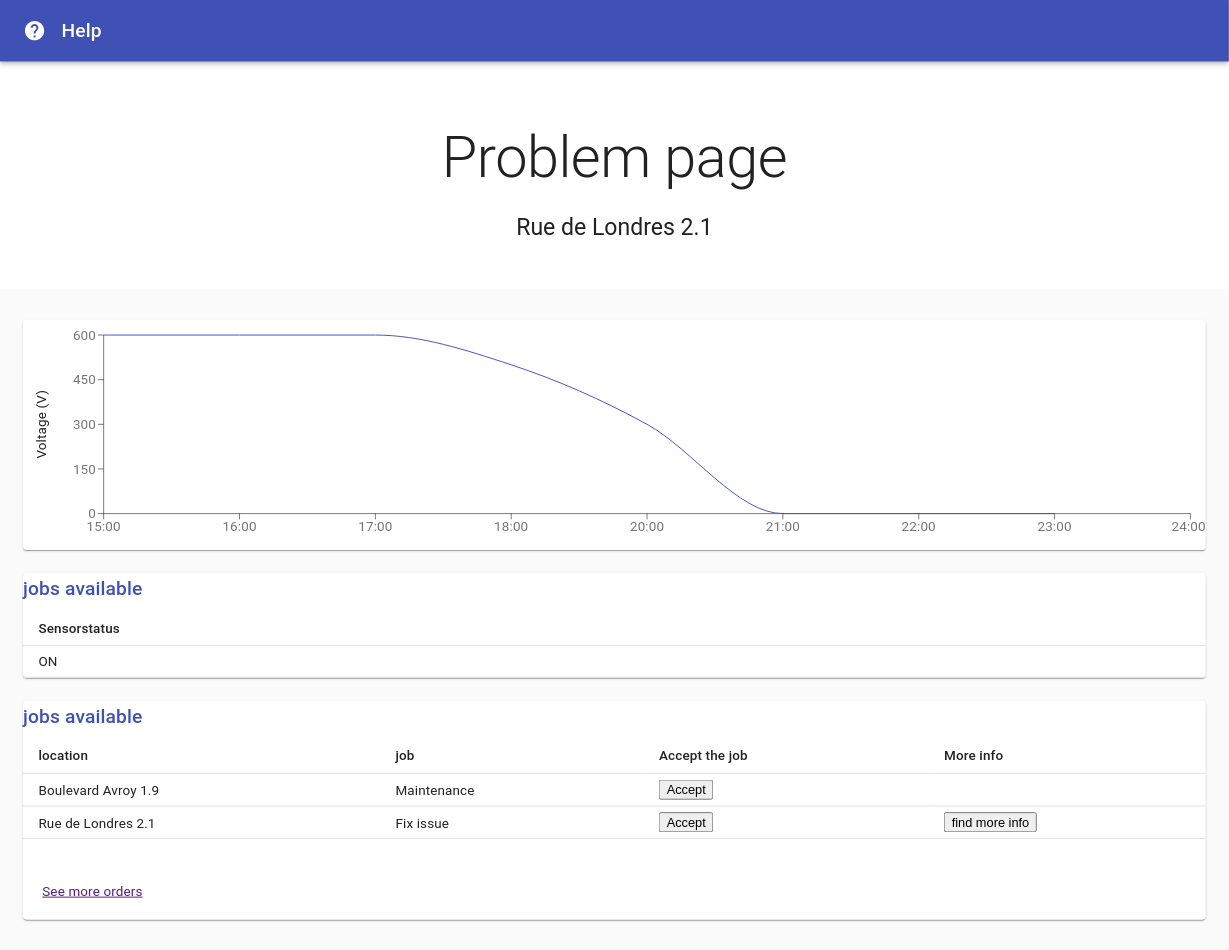
Repository: sapbrussels/intelligenthighway_webapp
Page: /Problempage (app in router/)
An editor plug-in stored every save of this project. The page is shown before and after the next save, followed by the edit.
The browser window is 1280 px wide. The pictures show the whole page, at 96% of full size.
The project was rebuilt for these pictures with package versions that can differ from the ones it lists, and the page was loaded fresh each time. Also part of the build but not shown: router/src/App.css, router/src/Login.js, router/src/Maps.js, router/src/Jobspage.js, router/src/Direction.js, router/src/Maintenance.js, router/src/Help.js.

Above is the page before, as saved 2020-03-31 15:23:41.

After the next save:
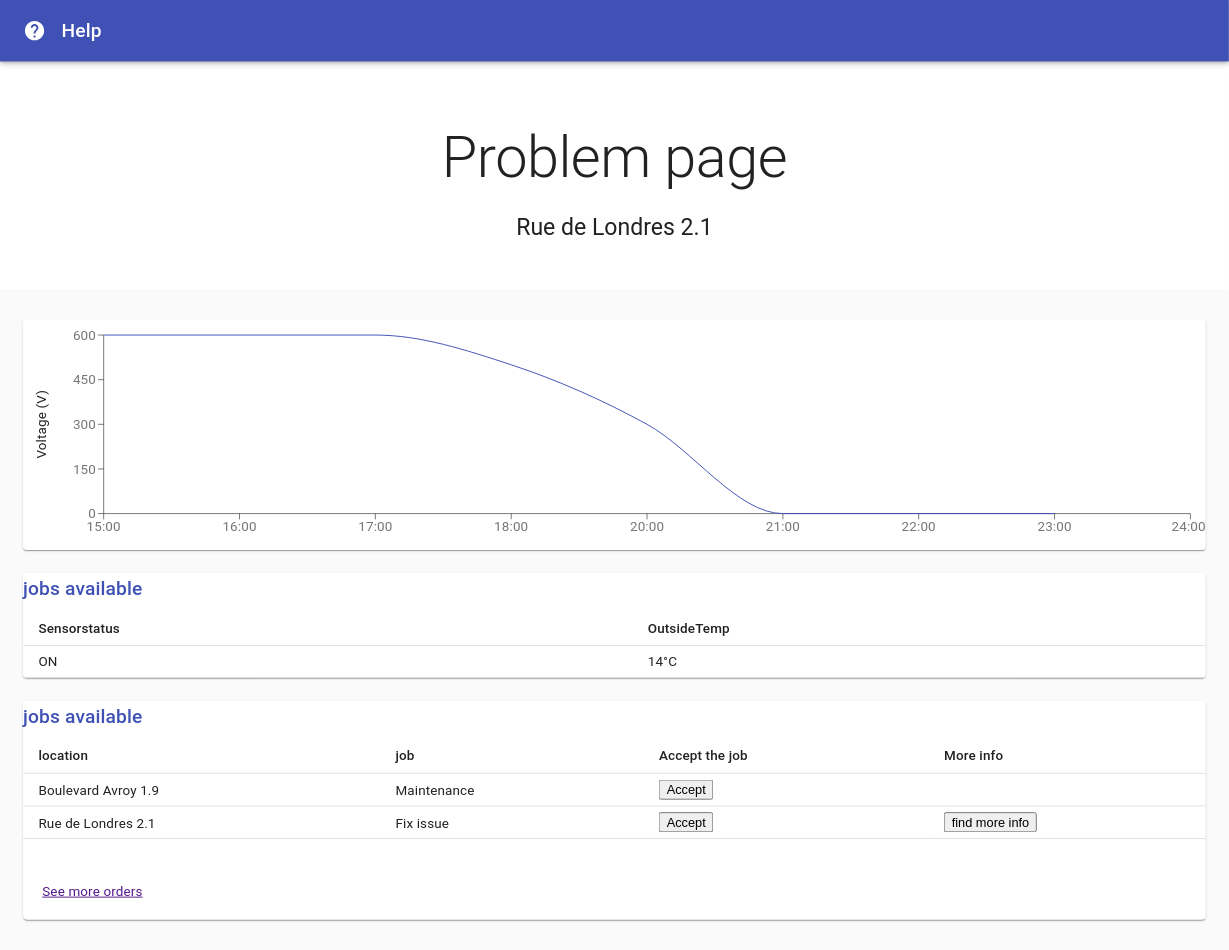
Saved 2 min 16 s later.
--- a/router/src/SensorData.js
+++ b/router/src/SensorData.js
@@ -9,12 +9,12 @@
 import Title from './Title';
 
 // Generate Order Data
-function createData(id,Sensorstatus) {
-  return { id,Sensorstatus};
+function createData(id,Sensorstatus, OutsideTemp) {
+  return { id,Sensorstatus, OutsideTemp};
 }
 
 const rows = [
-    createData(0, 'ON')
+    createData(0, 'ON', '14°C')
 
 ];
 
@@ -39,6 +39,7 @@
             <TableHead>
             <TableRow>
                 <TableCell>Sensorstatus</TableCell>
+                <TableCell>OutsideTemp</TableCell>
 
             </TableRow>
             </TableHead>
@@ -46,6 +47,7 @@
             {rows.map((row) => (
                 <TableRow key={row.id}>
                 <TableCell>{row.Sensorstatus}</TableCell>
+                <TableCell>{row.OutsideTemp}</TableCell>
                 </TableRow>
             ))}
             </TableBody>
